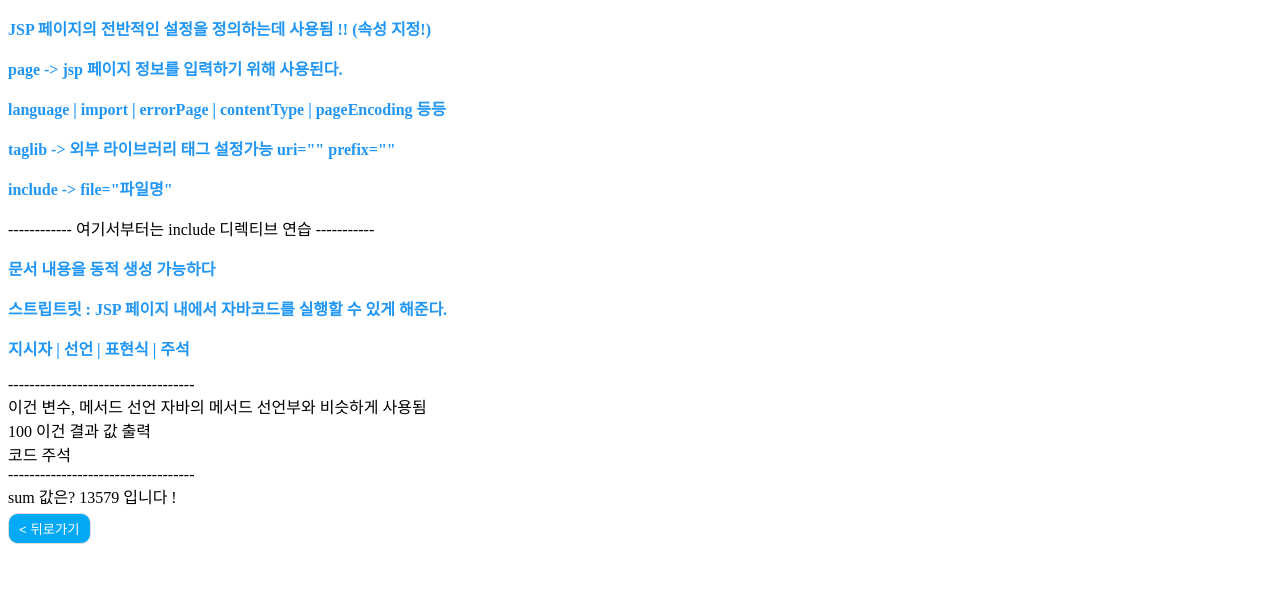
Repository: hyejux/JSP_STUDY
Page: http://localhost/JSPPractice2/JSP_ex2.jsp
An editor plug-in stored every save of this project. The page is shown before and after the next save, followed by the edit.
The browser window is 1280 px wide. The pictures show the whole page.
The page is served by Tomcat 9. Other server files are loaded and not shown.

Above is the page before, as saved 2025-01-07 15:00:58.

### JSPPractice2/src/main/webapp/JSP_ex2.jsp
<%@ page language="java" contentType="text/html; charset=UTF-8"
    pageEncoding="UTF-8"%>
<!DOCTYPE html>
<html>
<head>
<meta charset="UTF-8">
<title> 디렉티브 소개</title>
<link rel="stylesheet" type="text/css" href="css/style.css"></link>
</head>
<body>


<div class="info">
<p>  JSP 페이지의 전반적인 설정을 정의하는데 사용됨 !! (속성 지정!)</p>
<p> page -> jsp 페이지 정보를 입력하기 위해 사용된다. </p>
<p> language | import | errorPage | contentType | pageEncoding 등등 </p>
</hr>
<p> taglib -> 외부 라이브러리 태그 설정가능 uri="" prefix=""</p>
<p> include -> file="파일명" </p>
</div>


<div> ------------ 여기서부터는 include 디렉티브 연습 ----------- </div>


<%@include file="JSP_ex1.jsp" %>

</body>
</html>

### JSPPractice2/src/main/webapp/JSP_ex1.jsp
<%@ page language="java" contentType="text/html; charset=UTF-8"
    pageEncoding="UTF-8"%>
<!DOCTYPE html>
<html>
<head>
<meta charset="UTF-8">
<title>스크립트립 소개</title>
<link rel="stylesheet" type="text/css" href="css/style.css"> </link>
</head>
<body>

<div class="info">
<p> 문서 내용을 동적 생성 가능하다 </p>
<p> 스트립트릿 : JSP 페이지 내에서 자바코드를 실행할 수 있게 해준다.</p>
<p> 지시자 | 선언 | 표현식 | 주석 </p>
</div>

<div>-----------------------------------  </div>

<div> <%-- <%@ %> 이건 페이지 속성 --%> </div>
<div> <%! int abc = 100; %> 이건 변수, 메서드 선언 자바의 메서드 선언부와 비슷하게 사용됨</div>
<div> <%= abc %> 이건 결과 값 출력 </div>
<div> <%-- 주석이지롱 --%> 코드 주석 </div>

 <div>-----------------------------------  </div>

<%
int a = 12345;
int b= 1234;
int sum = a + b ;
%>

<div> sum 값은? <%= sum %> 입니다 ! </div>

	<button type="button" class="btn1"  onclick = "location.href='index.jsp'"> < 뒤로가기 </button>

</body>
</html>

### JSPPractice2/src/main/webapp/css/style.css
.info{
	color : #2196f3;
	font-weight: bold;
}

.btn1 {
	border: 1px solid #ddd;
    color: #ffffff;
    border-radius: 10px;
    padding: 5px 10px;
    background: #03A9F4;
    margin-top: 5px;
}

After the next save:
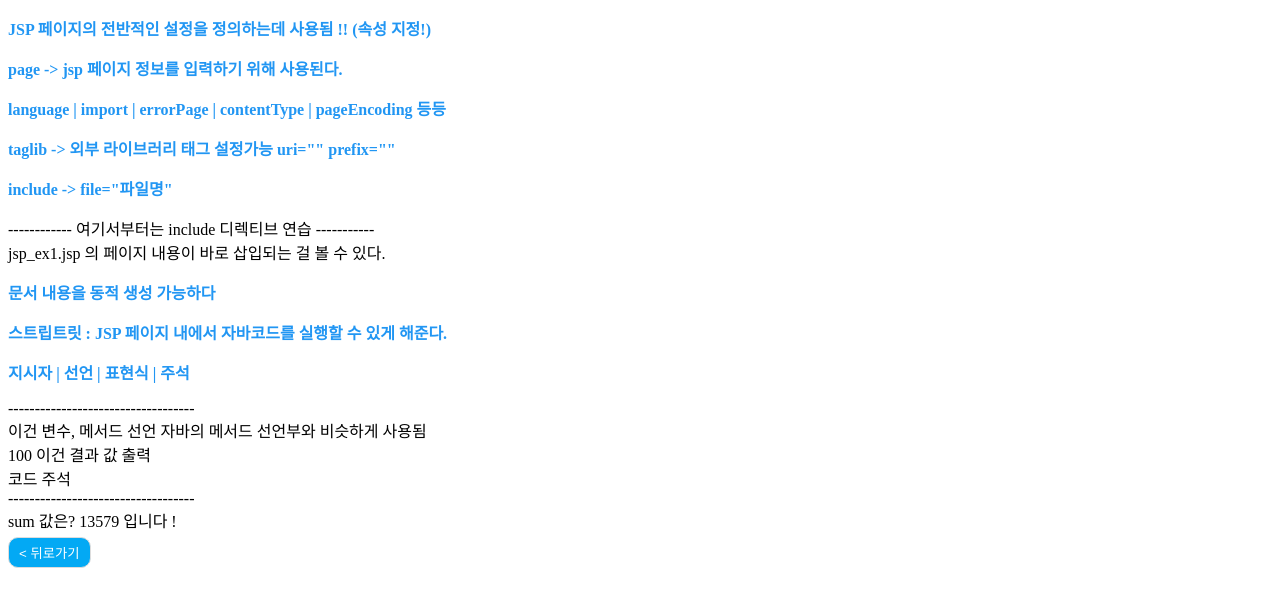
Saved 26 s later.
--- a/JSPPractice2/src/main/webapp/JSP_ex2.jsp
+++ b/JSPPractice2/src/main/webapp/JSP_ex2.jsp
@@ -21,7 +21,7 @@
 
 
 <div> ------------ 여기서부터는 include 디렉티브 연습 ----------- </div>
-
+<div>  jsp_ex1.jsp 의 페이지 내용이 바로 삽입되는 걸 볼 수 있다.  </div>
 
 <%@include file="JSP_ex1.jsp" %>
 
